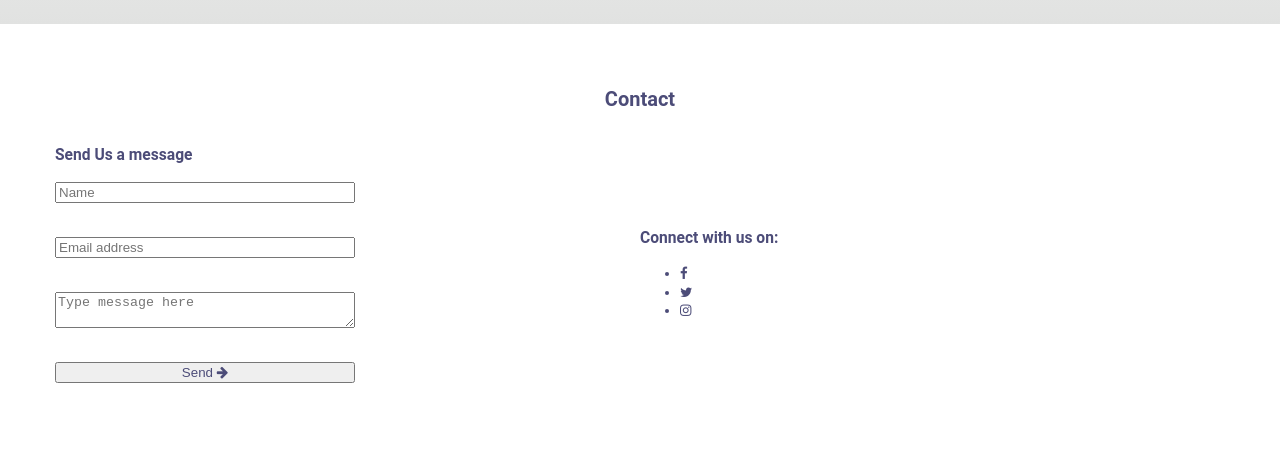
Repository: wisdomspine/emmatech-website
Page: index.html
The author's editor kept a copy of each file at every save. The page is drawn from the files as they stood at one save, then again after the next save.
The browser window is 1280 px wide. The pictures show the part of the page from y = 1532 to 1993 px (the page is 1993 px tall).
A picture or video elsewhere on the page could not be fetched, so the positions and the page height are approximate.

Above is the page before, as saved 2020-11-02 12:19:44.

After the next save:
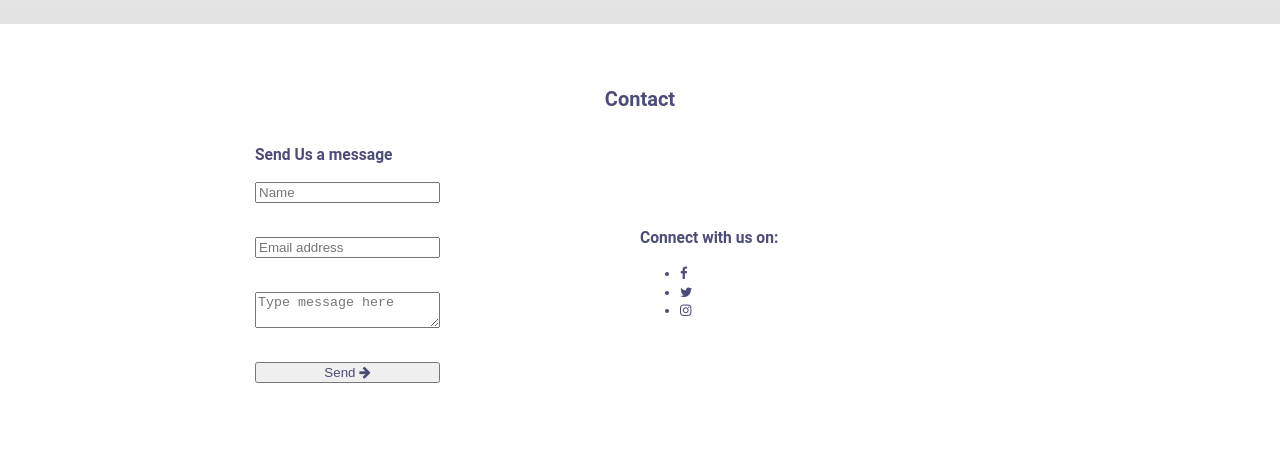
Saved 11 s later.
--- a/assets/styles/index.css
+++ b/assets/styles/index.css
@@ -109,7 +109,7 @@
 .home-contact .home-contact-content>div:first-child{
     display: flex;
     flex-flow: column nowrap;
-    align-items: stretch;
+    align-items: center;
 
 }
 
